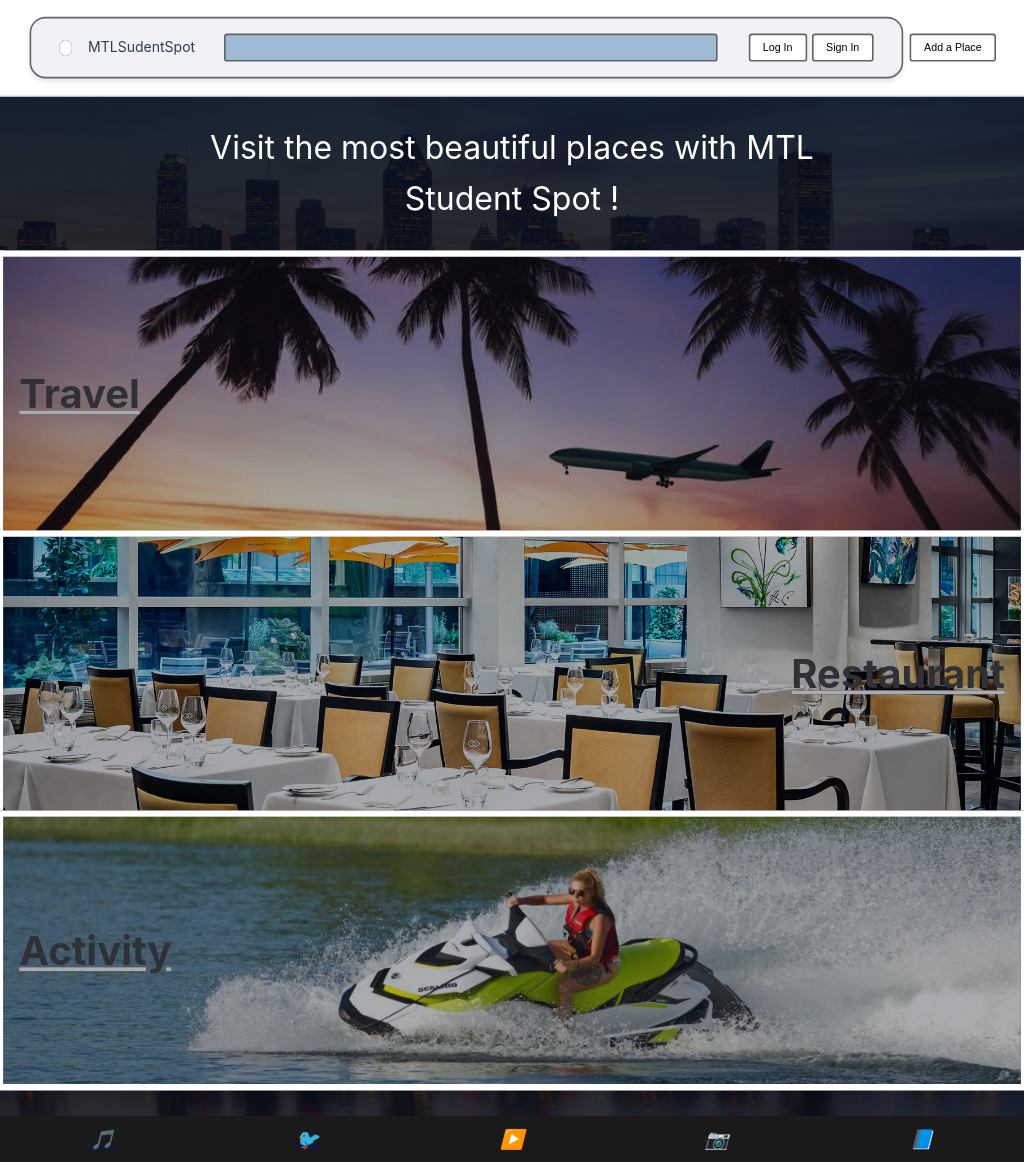
Repository: KevMn6ix/MOD8-2232-GRA-Damois-Leroi--Morant-Munto
Page: / (app in client/)
These files come from the project's save history. The page is drawn as it stood at one moment and after the next save; the edit follows.
The browser window is 1280 px wide. The pictures show the whole page, at 80% of full size.
The project was rebuilt for these pictures with package versions that can differ from the ones it lists, and the page was loaded fresh each time. Also part of the build but not shown: client/vite.config.js, client/src/components/HelloWorld.vue, client/src/services/Api.js, client/src/services/AuthentificationService.js, client/src/components/Login.vue, client/src/views/LoginPage.vue, client/src/components/PlaceItem.vue, client/src/components/PlaceList.vue.

Above is the page before, as saved 2023-10-18 15:02:41.

After the next save:
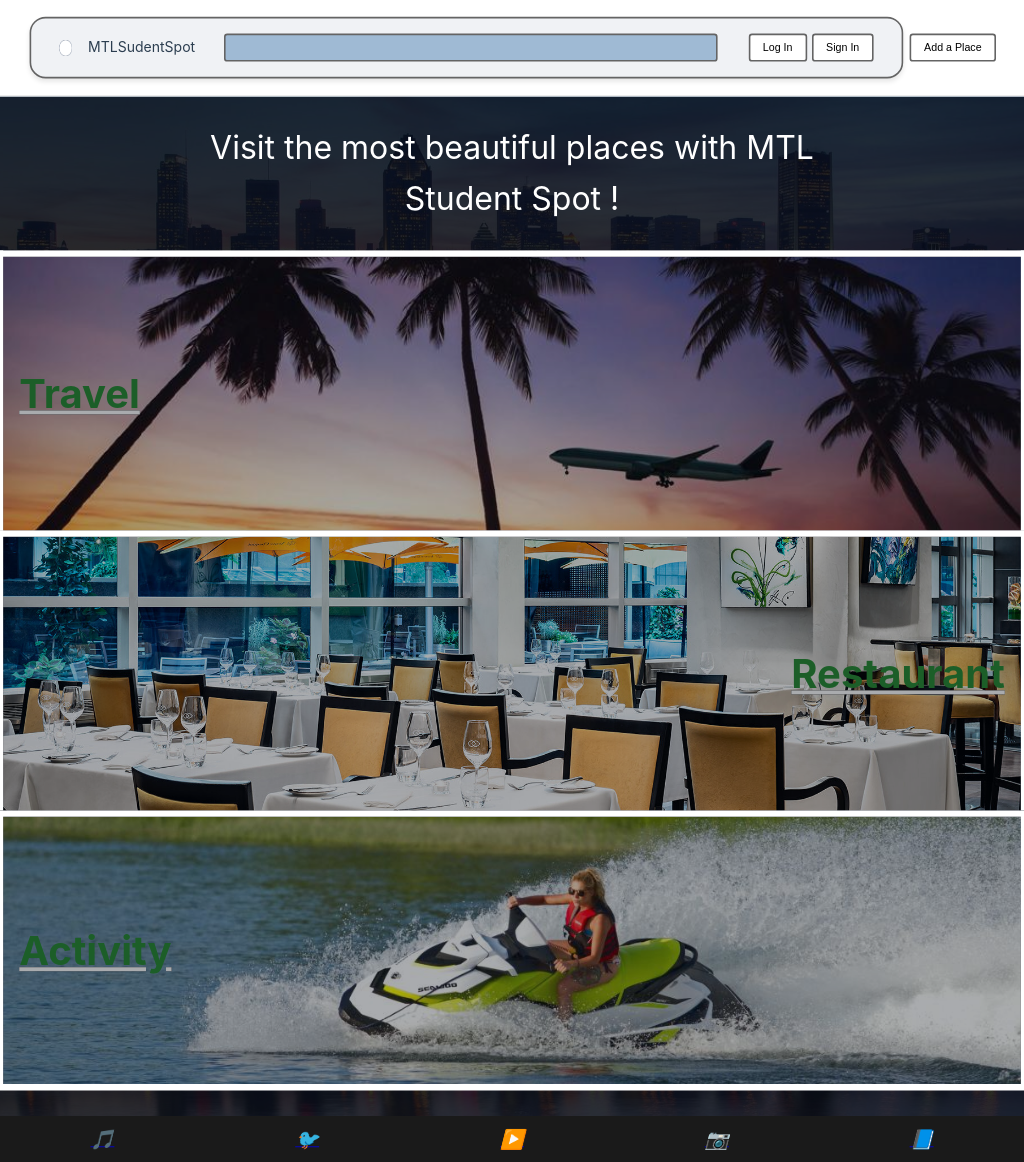
Saved 8 s later.
--- a/client/src/components/RowLandingPage.vue
+++ b/client/src/components/RowLandingPage.vue
@@ -38,7 +38,7 @@ const rowProps = defineProps({
 
 #sub-travel, #sub-restaurant, #sub-activity{
 
-    color: rgb(71, 71, 74);
+    color: rgb(42, 139, 52);
     font-weight: bold;
     font-size: 50px;
 
